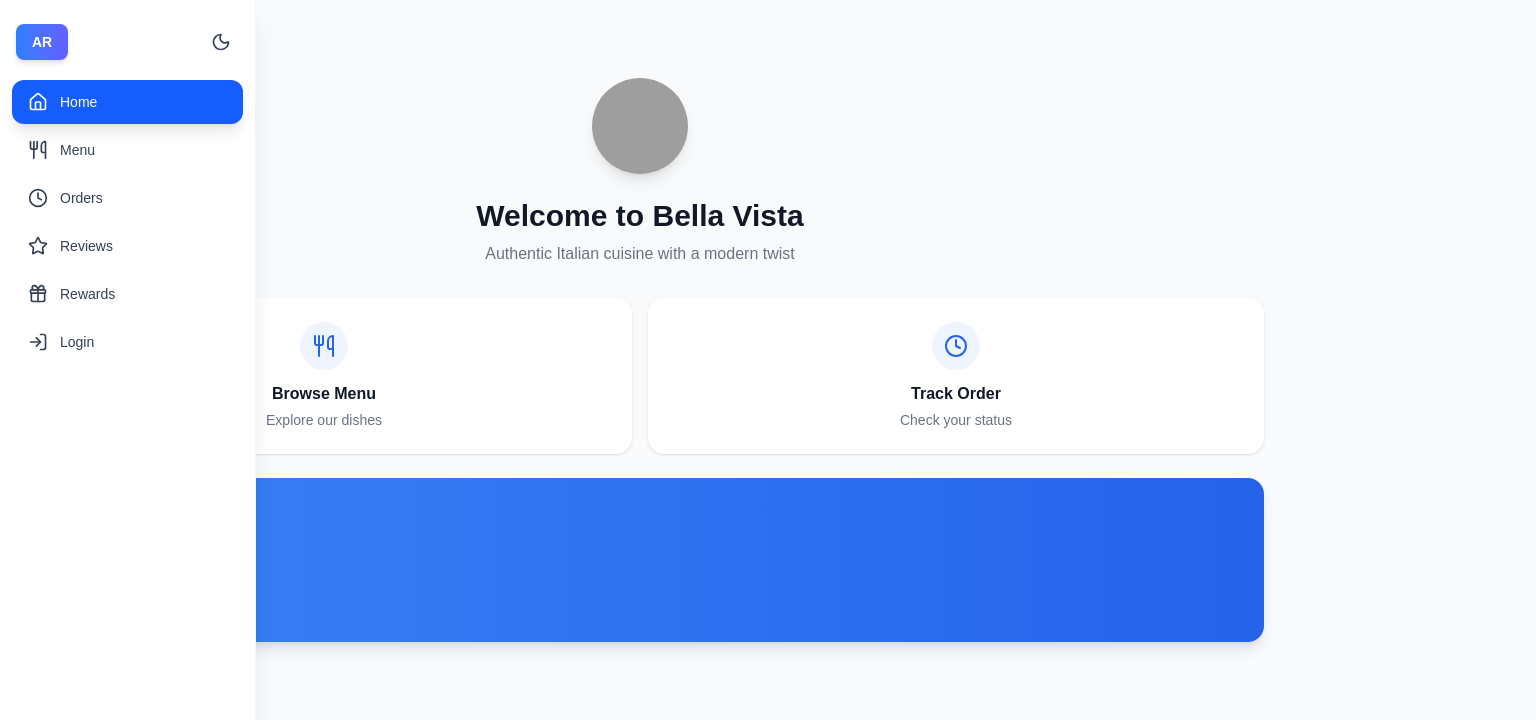
Repository: GraduationMERN/restaurant-system
Page: / (app in client/)
These files come from the project's save history. The page is drawn as it stood at one moment and after the next save; the edit follows.
The browser window is 1280 px wide. The page is 1280 px wide, then 1536 px, so the pictures cover 1536 px, including what lies to the right of the window. The pictures show the whole page.
Pictures or frames that could not be fetched are drawn as grey boxes. The project was rebuilt for these pictures with package versions that can differ from the ones it lists, and the page was loaded fresh each time. Also part of the build but not shown: client/vite.config.js, client/src/pages/ReviewsPage.jsx, client/src/pages/RewardPage.jsx, client/src/components/ui/badge/Badge.jsx, client/src/components/ecommerce/EcommerceMetrics.jsx, client/src/components/ui/dropdown/Dropdown.jsx, client/src/components/ui/dropdown/DropdownItem.jsx, client/src/components/ecommerce/MonthlySalesChart.jsx and 36 more. Imported but missing from the stored project, and not drawn on this page: client/src/components/form/input/InputField, client/src/pages/admin/UserProfiles.

Above is the page before, as saved 2025-11-29 02:26:44.

After the next save:
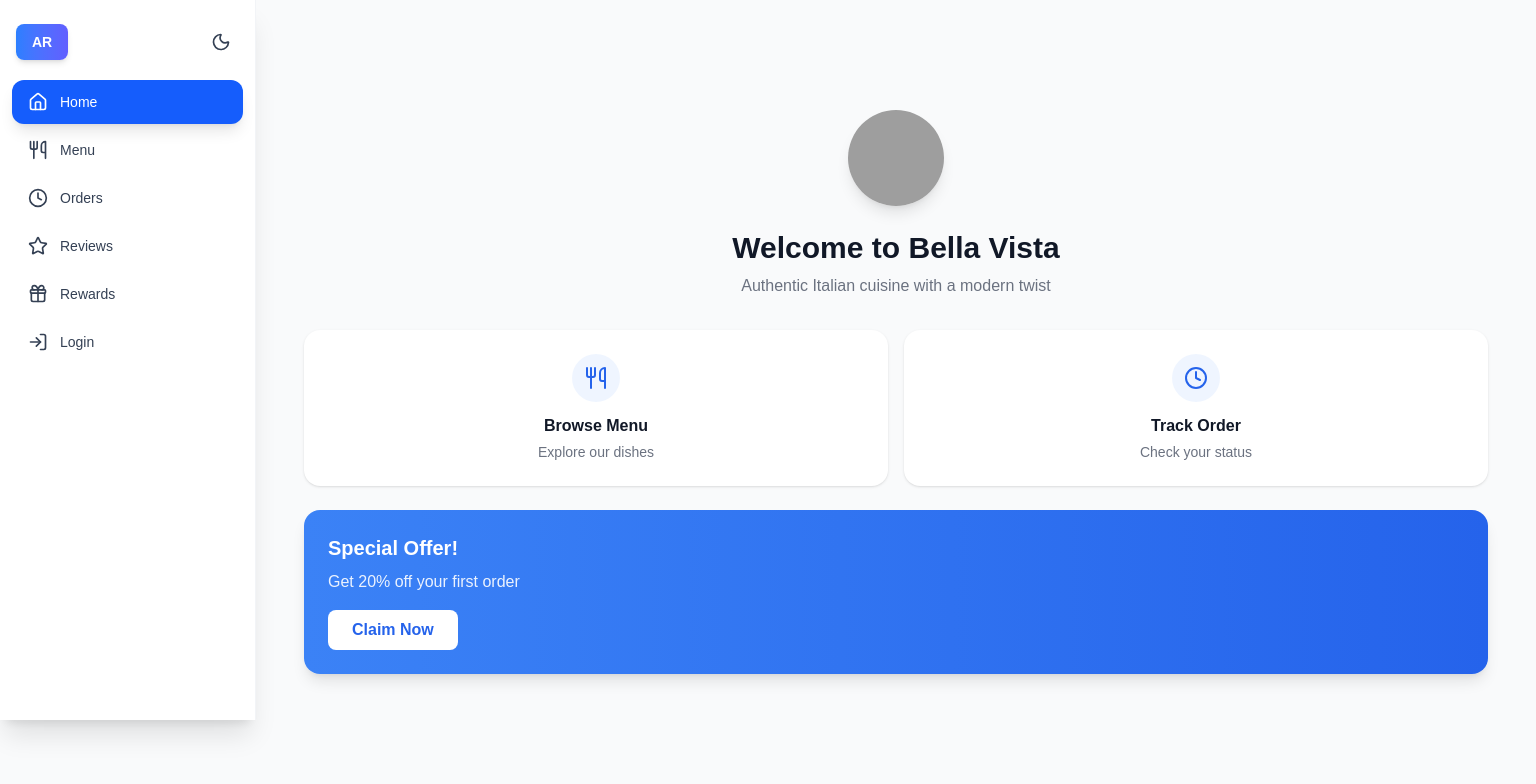
Saved 15 s later.
--- a/client/src/components/Layout.jsx
+++ b/client/src/components/Layout.jsx
@@ -7,15 +7,15 @@ export default function Layout({ children }) {
   const isAdmin = location.pathname.startsWith("/admin");
 
   return (
-    <div className="min-h-screen w-full flex flex-col bg-default">
-      <div className={` w-full flex justify-center md:block`}>
-        <div className={`w-full  max-w-xl px-4 md:max-w-none md:px-0`}>
+    <div className="min-h-screen w-full flex flex-col bg-gray-50">
+      <div className={`w-full flex justify-center md:block md:ml-64`}>
+        <div className={`w-full max-w-xl px-4 py-6 md:max-w-none md:px-8 md:py-8`}>
           {children}
         </div>
       </div>
 
       {!isAdmin && (
-        <div className="w-full max-w-xl mx-auto h-20 flex justify-between items-center px-4 md:hidden">
+        <div className="w-full max-w-xl mx-auto h-20 flex justify-between items-center px-4 md:hidden pb-4">
           <Navbar />
         </div>
       )}
